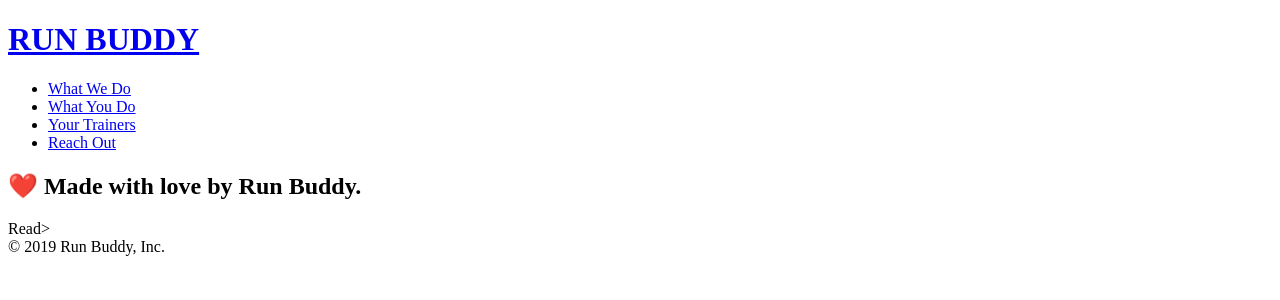
Repository: symlara/run-buddy
Page: privacy-policy.html
These files come from the project's save history. The page is drawn as it stood at one moment and after the next save; the edit follows.
The browser window is 1280 px wide. The pictures show the whole page.

Above is the page before, as saved 2020-12-10 21:29:35.

### privacy-policy.html
<!DOCTYPE html>
<html lang="en">
<head>
    <meta charset="UTF-8">
    <meta name="viewport" content="width=device-width, initial-scale=1.0">
    <title>Privacy-Policy - Run Buddy</title>
</head>
<body>
    <!-- nav -->
    <header>
        <h1>
          <a href="/">
            RUN BUDDY
          </a>
        </h1>
        <nav>
          <!-- Unordered list element -->
          <ul>
            <!-- List item element-->
            <li>
              <!-- Anchor element -->
              <a href="./index.html#what-we-do">What We Do</a>
            </li>
            <li>
              <a href="./index.html#what-you-do">What You Do</a>
            </li>
            <li>
              <a href="./index.html#your-trainers">Your Trainers</a>
            </li>
            <li>
              <a href="./index.html#reach-out">Reach Out</a>
            </li>
          </ul>
        </nav>
      </header>
      <section class="hero">

      </section>
      <!-- nav end -->

      <!-- footer -->
      <footer>
        <h2>❤️ Made with love by Run Buddy.</h2>
        <div>
          <aRead Our Privacy Policy</a></aRead>Read><br />
          &copy; 2019 Run Buddy, Inc.
        </div>
      </footer>
      <!-- footer end -->
</body>
</html>

After the next save:
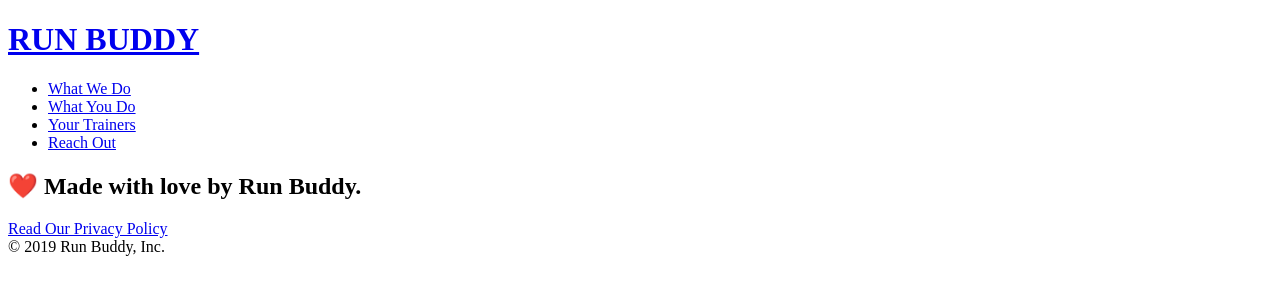
Saved 6 s later.
--- a/privacy-policy.html
+++ b/privacy-policy.html
@@ -42,7 +42,7 @@
       <footer>
         <h2>❤️ Made with love by Run Buddy.</h2>
         <div>
-          <aRead Our Privacy Policy</a></aRead>Read><br />
+          <a href="#">Read Our Privacy Policy</a><br />
           &copy; 2019 Run Buddy, Inc.
         </div>
       </footer>
